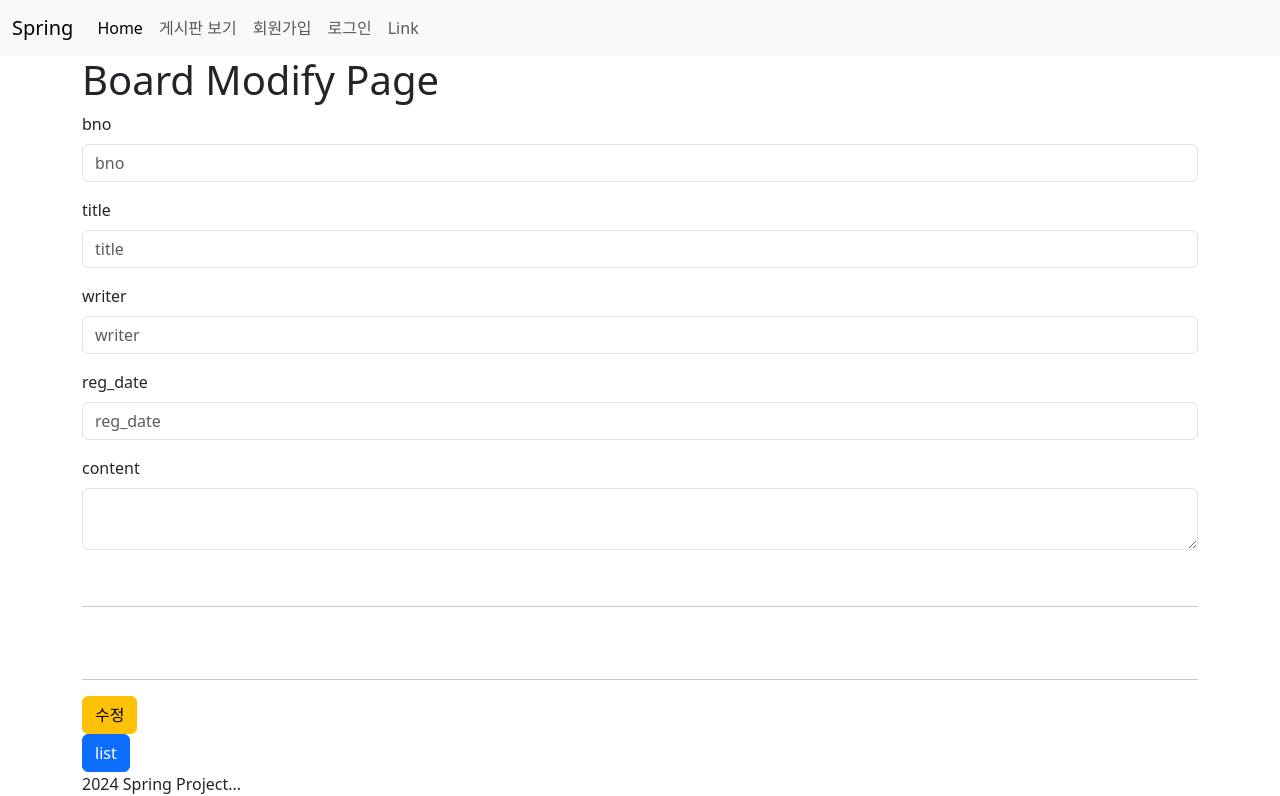
Repository: oco0217/springTest240430
Page: http://localhost/spring_study/WEB-INF/views/board/modify.jsp
The author's editor kept a copy of each file at every save. The page is drawn from the files as they stood at one save, then again after the next save.
The browser window is 1280 px wide. The pictures show the whole page.
The page is served by Tomcat 9. Nobody is signed in. The template is opened directly, without the code that normally fills it, so the values that code supplies are empty.

Above is the page before, as saved 2024-04-30 01:33:30.

### spring_study/src/main/webapp/WEB-INF/views/board/modify.jsp
<%@ page language="java" contentType="text/html; charset=UTF-8"
    pageEncoding="UTF-8"%>
    <%@ taglib uri="http://java.sun.com/jsp/jstl/core" prefix="c"%>
<jsp:include page="../layout/header.jsp" />


<div  class="container-md">
<h1>Board Modify Page</h1>

<c:set value="${bdto.bvo }" var="bvo"></c:set>

<form action="/board/modify" method="post">
<div class="mb-3">
  <label for="n" class="form-label">bno</label>
  <input type="text" class="form-control" id="n" placeholder="bno" name="bno" value="${bvo.bno }" readonly="readonly">
</div>
<div class="mb-3">
  <label for="t" class="form-label">title</label>
  <input type="text" class="form-control" id="t" placeholder="title" name="title" value="${bvo.title }">
</div>
<div class="mb-3">
  <label for="w" class="form-label">writer</label>
  <input type="text" class="form-control" id="w" placeholder="writer" name="writer" value="${bvo.writer }" readonly="readonly">
</div>
<div class="mb-3">
  <label for="r" class="form-label">reg_date</label>
  <input type="text" class="form-control" id="r" placeholder="reg_date" name="reg_daet" value="${bvo.reg_date }" readonly="readonly">
</div>
<div class="mb-3">
  <label for="c" class="form-label">content</label>
  <textarea class="form-control" id="c" name="content" aria-label="With textarea">${bvo.content }</textarea>
</div>

<br>
<hr>
<!-- 파일 추가 -->


<!-- FIle upload 표시라인 -->
<c:set value="${bdto.flist }" var="flist" />

	<div class="mb-3">

		<ul class="list-group list-group-flush">

			<!-- 파일 개수만큼 li를 반복하여 파일 표시 타입이 1인경우만 표시 -->
			<!-- li => div => img -->
			<!-- => div => 파일이름, 작성일, span size -->

			<c:forEach items="${flist }" var="fvo">
				<li class="list-group-item"><c:choose>
						<c:when test="${fvo.file_type > 0 }">
							<div>
								<img alt=""
									src="/upload/${fvo.save_dir }/${fvo.uuid}_${fvo.file_name}">
							</div>
						</c:when>
						<c:otherwise>
							<div>
								<!-- 파일 타입이 0인 경우 아이콘 모양 하나 가져와서 넣기 -->
							</div>
						</c:otherwise>
					</c:choose>
					<div>
						<div>${fvo.file_name }</div>
						${fvo.reg_date } <span class="badge text-bg-warning">${fvo.file_size }Byte</span>
						<button type="button" class="btn btn-outline-danger file-x" data-uuid="${fvo.uuid }">X</button>

					</div></li>
			</c:forEach>
		</ul>

	</div>

<br>
<hr>

<a><button type="submit" class="btn btn-warning">수정</button></a>
</form>
<a href="/board/list"><button type="button" class="btn btn-primary">list</button></a>

</div>
<jsp:include page="../layout/footer.jsp" />

<script type="text/javascript" src="/resources/js/boardModify.js"></script>

### spring_study/src/main/webapp/WEB-INF/views/layout/header.jsp
<%@ page language="java" contentType="text/html; charset=UTF-8"
    pageEncoding="UTF-8"%>
    <%@ taglib uri="http://java.sun.com/jsp/jstl/core" prefix="c" %>
<!DOCTYPE html>
<html>
<head>
<meta charset="UTF-8">
<title>header.jsp</title>
<link href="https://cdn.jsdelivr.net/npm/bootstrap@5.3.3/dist/css/bootstrap.min.css" rel="stylesheet" integrity="sha384-QWTKZyjpPEjISv5WaRU9OFeRpok6YctnYmDr5pNlyT2bRjXh0JMhjY6hW+ALEwIH" crossorigin="anonymous">
<script src="https://cdn.jsdelivr.net/npm/bootstrap@5.3.3/dist/js/bootstrap.bundle.min.js" integrity="sha384-YvpcrYf0tY3lHB60NNkmXc5s9fDVZLESaAA55NDzOxhy9GkcIdslK1eN7N6jIeHz" crossorigin="anonymous"></script>
</head>
<body>
<nav class="navbar navbar-expand-lg bg-body-tertiary">
  <div class="container-fluid">
    <a class="navbar-brand" href="#">Spring</a>
    <button class="navbar-toggler" type="button" data-bs-toggle="collapse" data-bs-target="#navbarSupportedContent" aria-controls="navbarSupportedContent" aria-expanded="false" aria-label="Toggle navigation">
      <span class="navbar-toggler-icon"></span>
    </button>
    <div class="collapse navbar-collapse" id="navbarSupportedContent">
      <ul class="navbar-nav me-auto mb-2 mb-lg-0">
        <li class="nav-item">
          <a class="nav-link active" aria-current="page" href="/">Home</a>
        </li>
        <c:if test="${ses ne null }">
        <li class="nav-item">
          <a class="nav-link" href="/board/register">게시판 글쓰기</a>
        </li>
        </c:if>
        <li class="nav-item">
          <a class="nav-link" href="/board/list">게시판 보기</a>
        </li>
        <c:if test="${ses eq null }">
        <li class="nav-item">
          <a class="nav-link" href="/member/register">회원가입</a>
        </li>
        <li class="nav-item">
          <a class="nav-link" href="/member/login">로그인</a>
        </li>
        </c:if>
        <c:if test="${ses ne null }">
        <li class="nav-item">
          <a class="nav-link" href="/member/logout">로그아웃</a>
        </li>
        <li class="nav-item">
          <a class="nav-link" href="/member/modify">${ses.id }(${ses.email }) Welcome!!</a>
        </li>
        </c:if>
        <li class="nav-item">
          <a class="nav-link" href="http://www.google.com" target="_blank" >Link</a>
        </li>
      </ul>
    </div>
  </div>
</nav>

### spring_study/src/main/webapp/WEB-INF/views/layout/footer.jsp
<%@ page language="java" contentType="text/html; charset=UTF-8"
    pageEncoding="UTF-8"%>

<div class="container-md">
2024 Spring Project...
</div>

</body>
</html>

### spring_study/src/main/webapp/resources/js/boardModify.js
console.log("boardModify.js in");
// fileDao에서 요청에서 DB에서 지워서 목록에 안나오게
//파일 form 태그 안에 있어야됌


//서버에 파일리스트 요청
async function getFileListFromServer(bno){
    try {
        const resp = await fetch('/board/'+bno);
        const result = await resp.json();
    } catch (error) {
        console.log(error);
    }
}


//파일 뿌리기
function spreadFileList(bno){
    getFileListFromServer(bno).then(result=>{
        console.log(result);
    })
}



document.addEventListener('click',(e)=>{

    if(e.target.classList.contains('file-x')){

        let uuid = e.target.dataset.uuid;
        let bno = e.target.dataset.bno;
        console.log(uuid);
        console.log(bno);

        let fileData={
            uuid : uuid,
            bno : bno
        };

        removeFileToSever(fileData).then(result=>{
            if(result === '1'){
                alert('파일 삭제 완료');
                //내주변에 있는 li를 지우기
                e.target.closest('li').remove();
            }
        })

    }

});


//서버에 Delte 통신
//비동기 메서드 맵핑방법 : post, get, put, delete

async function removeFileToSever(fileData){

    try {
        const url = '/board/removeFile';
        const config = {
            method : 'delete',
            headers : {
                'content-type' : 'application/json; charset=utf-8'
            },
            body : JSON.stringify(fileData)
        }
        const resp = await fetch(url, config);
        const result = await resp.text();

        return result;

    } catch (error) {
        console.log(error);
    }

}

After the next save:
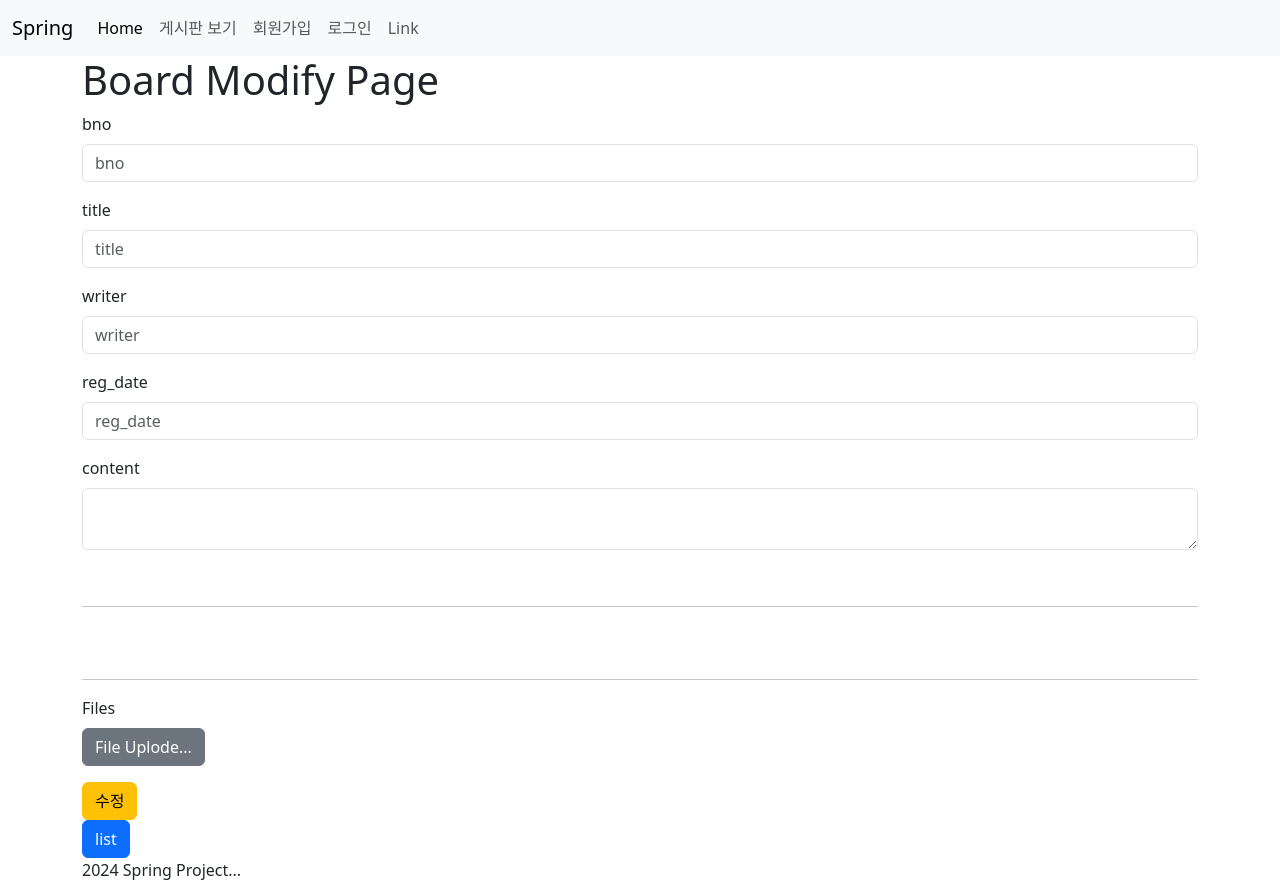
Saved 65 s later.
--- a/spring_study/src/main/webapp/WEB-INF/views/board/modify.jsp
+++ b/spring_study/src/main/webapp/WEB-INF/views/board/modify.jsp
@@ -33,7 +33,6 @@
 
 <br>
 <hr>
-<!-- 파일 추가 -->
 
 
 <!-- FIle upload 표시라인 -->
@@ -74,6 +73,22 @@
 
 <br>
 <hr>
+<!-- 파일 추가 -->
+
+		<!-- 파일 입력라인 추가 -->
+
+		<div class="mb-3">
+			<label for="file" class="form-label">Files</label> <input type="file"
+				class="form-control" id="file" name="files" multiple="multiple"
+				style="display: none"> <br>
+			<button type="button" class="btn btn-secondary" id="trigger">File
+				Uplode...</button>
+		</div>
+
+		<!-- 파일 목록 효시라인 -->
+		<div class="mb-3" id="fileZone">
+
+		</div>
 
 <a><button type="submit" class="btn btn-warning">수정</button></a>
 </form>
